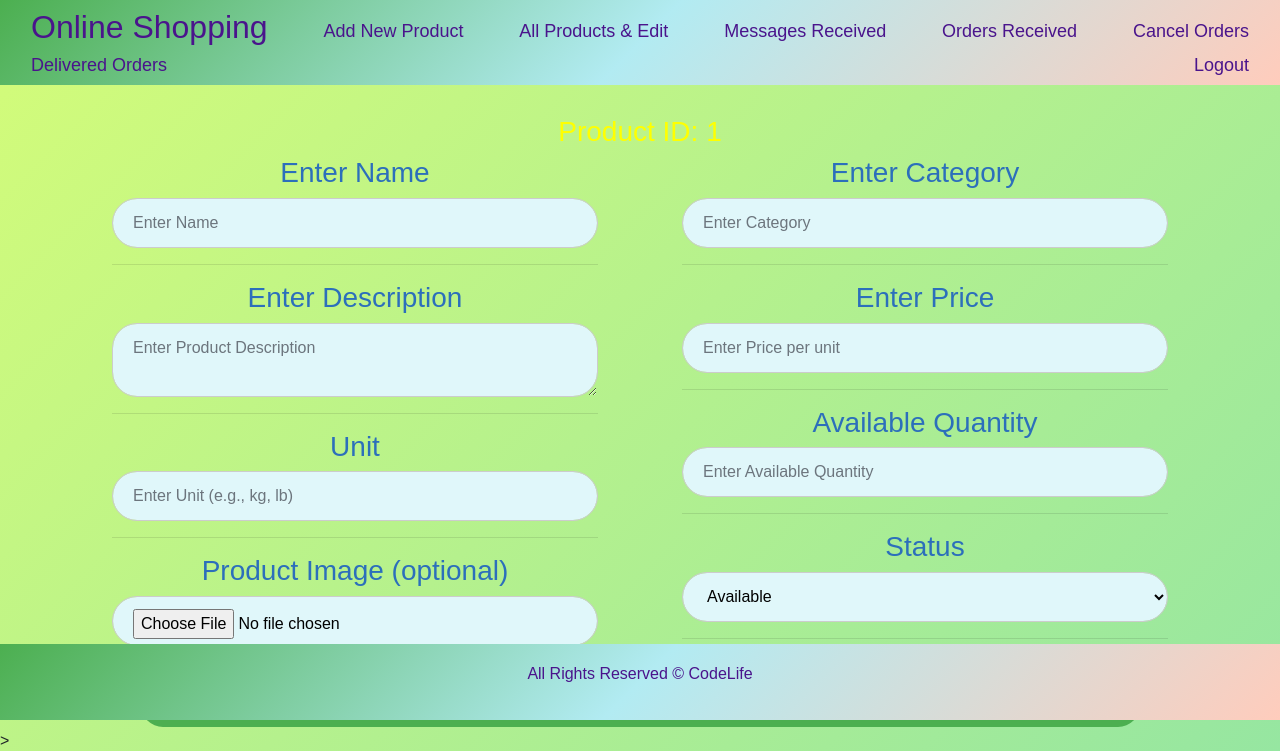
Repository: Dineshbabu290904/DigiMart
Page: http://localhost/DigiMart/admin/addNewProduct.jsp
An editor plug-in stored every save of this project. The page is shown before and after the next save, followed by the edit.
The browser window is 1280 px wide. The pictures show the whole page.
Some web libraries are served in a nearby version. The page is served by Tomcat 9. Queries for data that is not in the repository find no rows.

Above is the page before, as saved 2024-10-16 16:36:09.

After the next save:
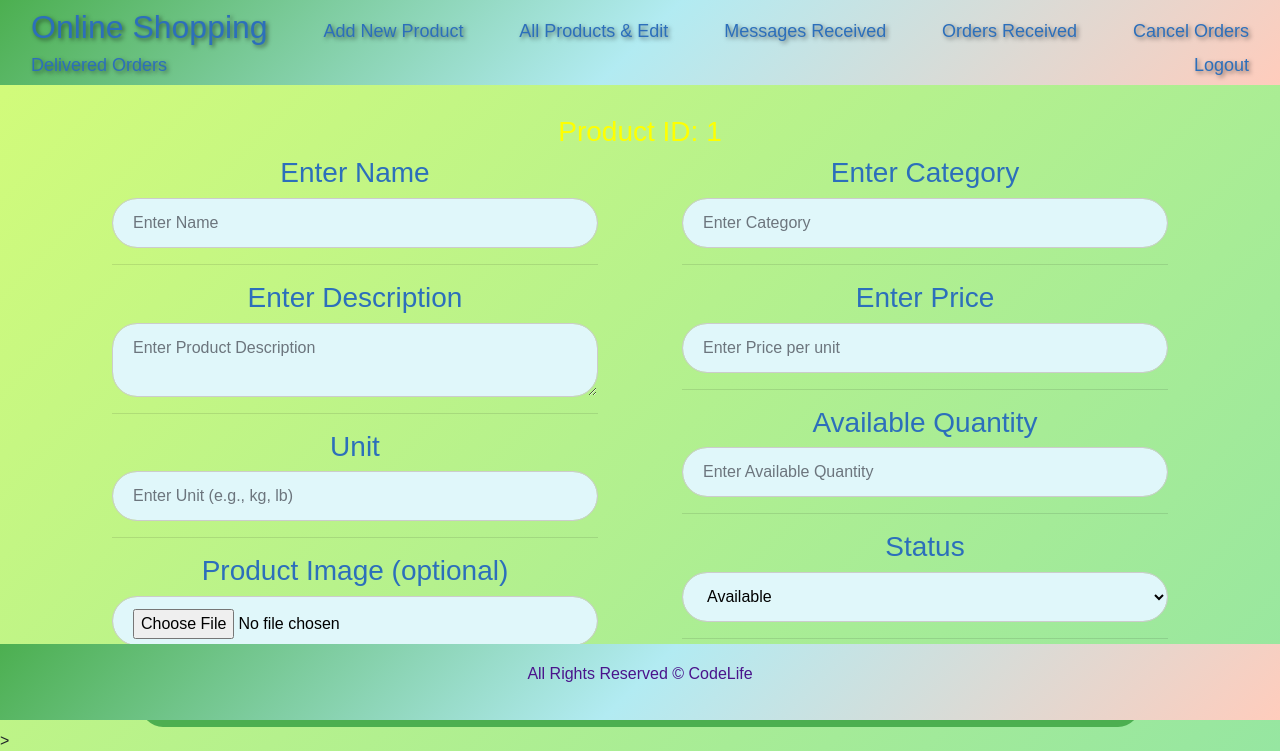
Saved 37 s later.
--- a/DigiMart/src/main/webapp/admin/adminHeader.jsp
+++ b/DigiMart/src/main/webapp/admin/adminHeader.jsp
@@ -17,7 +17,8 @@
             padding: 10px; /* Padding around navbar */
         }
         .navbar a {
-            color: #4a148c; /* Dark purple for a vibrant yet elegant touch */
+            color: #2c6fbb; /* Cool blue for headings */
+            text-shadow: 2px 2px 4px rgba(0, 0, 0, 0.5); /* Subtle shadow for depth */
             margin: 0 15px; /* Spacing between links */
             text-decoration: none; /* Remove underline */
             font-size: 18px; /* Larger font size */
